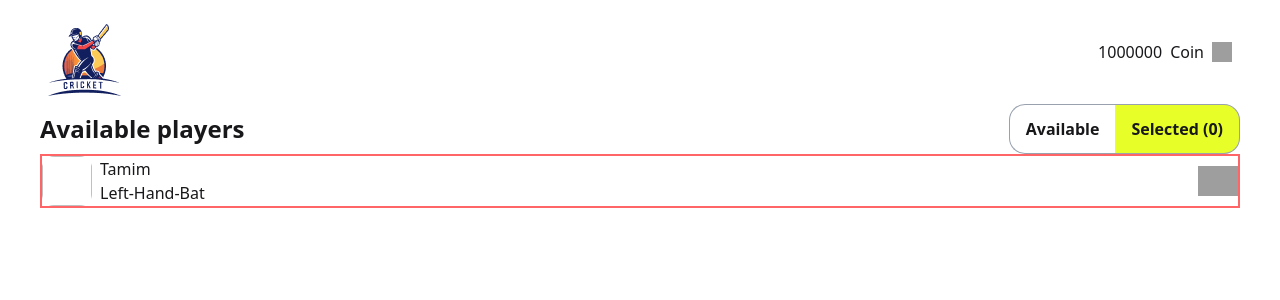
Repository: SanjidaSnigdha/Select-your-eleven
Page: /, after clicking the first element matching `button.rounded-r-2xl`
The author's editor kept a copy of each file at every save. The page is drawn from the files as they stood at one save, then again after the next save.
The browser window is 1280 px wide. The pictures show the whole page.
Pictures or frames that could not be fetched are drawn as grey boxes. The project was rebuilt for these pictures with package versions that can differ from the ones it lists, and the page was loaded fresh each time. Also part of the build but not shown: vite.config.js, src/App.css.

Above is the page before, as saved 2026-03-21 19:03:16.

### index.html
<!doctype html>
<html lang="en" style="color-scheme: light;">
  <head>
    <meta charset="UTF-8" />
    <link rel="icon" type="image/svg+xml" href="/favicon.svg" />
    <meta name="viewport" content="width=device-width, initial-scale=1.0" />
    <title>select-your-eleven</title>
  </head>
  <body>
    <div id="root"></div>
    <script type="module" src="/src/main.jsx"></script>
  </body>
</html>

### src/index.css
 @import "tailwindcss";
 @plugin "daisyui" {
  themes: light --default, dark --prefersdark;
  themes: light --default;
 }

### src/App.jsx

import './App.css'
import AvailablePlayers from './components/AvailablePlayers/AvailablePlayers'
import SelectedPlayers from './components/SelectedPlayers/SelectedPlayers'
import Navbar from './components/Navbar/Navbar'
import { Suspense, useState } from 'react'

const fetchPlayers = async () =>{
  const res = await fetch("/players.json")
  return res.json()
}
const playersPromise = fetchPlayers()


function App() {
  const [toggle,setToggle] = useState(true)
  const [availableBalance,setAvailableBalance] = useState(1000000)
  const [purchasedPlayers,setPurchasedPlayers] = useState([])

  return (
    <>
   <Navbar availableBalance={availableBalance}></Navbar>
   <div className='max-w-[1200px] mx-auto flex justify-between items-center'>
    <h1 className='font-bold text-2xl'>Available players</h1>
    <div className='font-bold'>
      <button onClick={()=>setToggle(true)} className={`py-3 px-4 border-1 border-gray-400 rounded-l-2xl border-r-0 ${toggle===true?"bg-[#E7FE29]":""}`}>Available</button>
      <button onClick={()=>setToggle(false)} className={`py-3 px-4 border-1 border-gray-400 rounded-r-2xl border-l-0 ${toggle===false?"bg-[#E7FE29]":""}`}>Selected <span>(0)</span></button>
    </div>

   </div>

     {
      toggle === true?<Suspense fallback={<span className="loading loading-spinner loading-xl"></span>
}>
    <AvailablePlayers purchasedPlayers={purchasedPlayers} setPurchasedPlayers={setPurchasedPlayers} availableBalance={availableBalance} setAvailableBalance={setAvailableBalance} playersPromise={playersPromise}></AvailablePlayers>
</Suspense>:<SelectedPlayers purchasedPlayers={purchasedPlayers}></SelectedPlayers>

     }





    </>
  )
}

export default App

### src/components/AvailablePlayers/AvailablePlayers.jsx
import React, { use } from 'react';

import PlayerCard from '../PlayerCard/PlayerCard';

const AvailablePlayers = ({playersPromise,setAvailableBalance,availableBalance,purchasedPlayers,setPurchasedPlayers}) => {
    const playerData = use(playersPromise)
    return (
        <div className='max-w-[1200px] mx-auto grid grid-cols-1 md:grid-cols-3 gap-4'>

            {
              playerData.map(player=><PlayerCard setPurchasedPlayers={setPurchasedPlayers} purchasedPlayers={purchasedPlayers} availableBalance={availableBalance} setAvailableBalance={setAvailableBalance} player={player}></PlayerCard>


              )
            }

        </div>
    );
};

export default AvailablePlayers;

### src/components/SelectedPlayers/SelectedPlayers.jsx
import React from 'react';

const SelectedPlayers = ({purchasedPlayers}) => {
    console.log(purchasedPlayers)
    return (
        <div className='max-w-[1200px] mx-auto'>
           <div className='border-2 border-red-400 flex justify-between items-center'>
            <div className='flex items-center'>
                <img src="" className='h-[50px] w-[50px] rounded-xl' alt="" />
                <div className='ml-2'>
                    <h1>Tamim</h1>
                    <p>Left-Hand-Bat</p>
                </div>

            </div>
            <div>
                <img src="https://i.ibb.co.com/HTN200Jz/delete.png" className='w-[40px] h-[30px]' alt="" />
            </div>

           </div>
        </div>
    );
};

export default SelectedPlayers;

### src/components/Navbar/Navbar.jsx
import React from 'react';
import navImg from "../../assets/logo.png"
import dollarImg from "../../assets/dollar-1.png"

const Navbar = ({availableBalance}) => {
    return (

         <div className="navbar max-w-[1200px] mx-auto">
          <div className="flex-1">
            <a className="text-xl">
              <img className="w-60px h-50px mt-4" src={navImg} alt="" />
           </a>
          </div>
          <div className="flex items-center gap-1">
          <span className='mr-1'>{availableBalance}</span>
          <span className='mr-1'>Coin</span>
          <img className="w-5 h-5" src={dollarImg} alt="" />
         </div>
       </div>
    );

};

export default Navbar;

### src/components/PlayerCard/PlayerCard.jsx
import React, { useState } from 'react';
import userImg from "../../assets/man.png"
import flagImg from "../../assets/flag.jpg"

const PlayerCard = ({player,setAvailableBalance,availableBalance,purchasedPlayers,setPurchasedPlayers}) => {
    const [isSelected,setIsSelected] = useState(false)

    const handleSelected = (playerData) =>{
        const playerPrice = parseInt(playerData.price.split("USD").join("").
                split(",").join(""))
                if(availableBalance<playerPrice){
                    alert("Not enough coins!!")
                    return
                }

         setIsSelected(true)
                setAvailableBalance(availableBalance - playerPrice);
                setPurchasedPlayers([...purchasedPlayers,playerData])


    };
    return (
                        <div className="card bg-base-100 shadow-sm p-4">
         <figure className="px-10 pt-10">
           <img
             src={player.player_image}
             alt="Shoes"
             className='w-full h-[280px] object-cover'
              />
         </figure>
         <div className="mt-4">
           <div className='flex'>
               <img className='w-8 h-8' src={userImg} alt="" /><h2 className='card-title ml-2'>{player.player_name}</h2>
           </div>
           <div className='flex justify-between mt-4 border-b-2 border-gray-400 pb-2'>
       <div className='flex items-center'>
           <img className='w-8 h-8' src={flagImg} alt="" />
           <span className='ml-2'>{player.player_country}</span>
           </div>
           <button className='btn'>{player.playing_role}</button>
           </div>
       <div className='flex justify-between font-bold'>
           <span>{player.rating}</span>

       </div>
       <div className='flex justify-between mt-4'>
           <span className='font-bold'>{player.bating_style}</span>
           <span>{player.bowling_style}</span>
       </div>

           <div className="card-actions mt-3 flex justify-between items-center">
               <p className='font-bold'>${player.price}</p>
             <button disabled={isSelected} onClick={()=>{handleSelected(player)

             }} className="btn">{isSelected===true?"Selected":"Choose player"}</button>
           </div>
         </div>
       </div>
    );
};

export default PlayerCard;

### public/players.json
[
  {
    "player_image": "https://i.ibb.co.com/CKt7DdsZ/shakib-al-hasan-smiling-8olow941lckcha6b.jpg",
    "player_name": "Shakib Al Hasan",
    "player_country": "Bangladesh",
    "playing_role": "All-Rounder",
    "rating": 9.5,
    "bating_style": "Left-hand bat",
    "bowling_style": "Slow left-arm orthodox",
    "price": "75,000 USD"
  },
  {
    "player_image": "https://i.ibb.co.com/WWKnGkNs/Faf-du-Plessis.jpg",
    "player_name": "Faf du Plessis",
    "player_country": "South Africa",
    "playing_role": "Batsman",
    "rating": 9.0,
    "bating_style": "Right-hand bat",
    "bowling_style": "Right-arm medium",
    "price": "70,000 USD"
  },
  {
    "player_image": "https://i.ibb.co.com/XZxnnz3F/Rashid-Khan.jpg",
    "player_name": "Rashid Khan",
    "player_country": "Afghanistan",
    "playing_role": "Bowler",
    "rating": 9.8,
    "bating_style": "Right-hand bat",
    "bowling_style": "Right-arm leg spin",
    "price": "85,000 USD"
  },
  {
    "player_image": "https://i.ibb.co.com/4w5xgSNn/liton-das.jpg",
    "player_name": "Liton Das",
    "player_country": "Bangladesh",
    "playing_role": "Wicketkeeper-Batsman",
    "rating": 8.7,
    "bating_style": "Right-hand bat",
    "bowling_style": "None",
    "price": "60,000 USD"
  },
  {
    "player_image": "https://i.ibb.co.com/391gsfv8/Andre-Russell.jpg",
    "player_name": "Andre Russell",
    "player_country": "West Indies",
    "playing_role": "All-Rounder",
    "rating": 9.6,
    "bating_style": "Right-hand bat",
    "bowling_style": "Right-arm fast",
    "price": "90,000 USD"
  },
  {
    "player_image": "https://i.ibb.co.com/67D8FvCn/Mustafizur-Rahman.webp",
    "player_name": "Mustafizur Rahman",
    "player_country": "Bangladesh",
    "playing_role": "Bowler",
    "rating": 8.9,
    "bating_style": "Left-hand bat",
    "bowling_style": "Left-arm fast-medium",
    "price": "65,000 USD"
  },
  {
    "player_image": "https://i.ibb.co.com/h1wRWkVC/David-Warner.jpg",
    "player_name": "David Warner",
    "player_country": "Australia",
    "playing_role": "Batsman",
    "rating": 9.4,
    "bating_style": "Left-hand bat",
    "bowling_style": "Right-arm leg spin",
    "price": "95,000 USD"
  },
  {
    "player_image": "https://i.ibb.co.com/0VsmTGGY/Sunil-Narine.jpg",
    "player_name": "Sunil Narine",
    "player_country": "West Indies",
    "playing_role": "All-Rounder",
    "rating": 9.2,
    "bating_style": "Left-hand bat",
    "bowling_style": "Right-arm off spin",
    "price": "80,000 USD"
  },
  {
    "player_image": "https://i.ibb.co.com/HpkRbDz3/Babar.png",
    "player_name": "Babar Azam",
    "player_country": "Pakistan",
    "playing_role": "Batsman",
    "rating": 9.3,
    "bating_style": "Right-hand bat",
    "bowling_style": "None",
    "price": "92,000 USD"
  },
  {
    "player_image": "https://i.ibb.co.com/dsk08w2x/Lasith-Malinga1.jpg",
    "player_name": "Lasith Malinga",
    "player_country": "Sri Lanka",
    "playing_role": "Bowler",
    "rating": 9.1,
    "bating_style": "Right-hand bat",
    "bowling_style": "Right-arm fast",
    "price": "78,000 USD"
  },
  {
    "player_image": "https://i.ibb.co.com/s9vHr4tS/Ben-Stokes.png",
    "player_name": "Ben Stokes",
    "player_country": "England",
    "playing_role": "All-Rounder",
    "rating": 9.7,
    "bating_style": "Left-hand bat",
    "bowling_style": "Right-arm fast-medium",
    "price": "100,000 USD"
  },
  {
    "player_image": "https://i.ibb.co.com/gFhPmT1c/Quinton-de-Kock1.jpg",
    "player_name": "Quinton de Kock",
    "player_country": "South Africa",
    "playing_role": "Wicketkeeper-Batsman",
    "rating": 9.0,
    "bating_style": "Left-hand bat",
    "bowling_style": "None",
    "price": "88,000 USD"
  }
]

Loaded but not shown: src/main.jsx (common file)

After the next save:
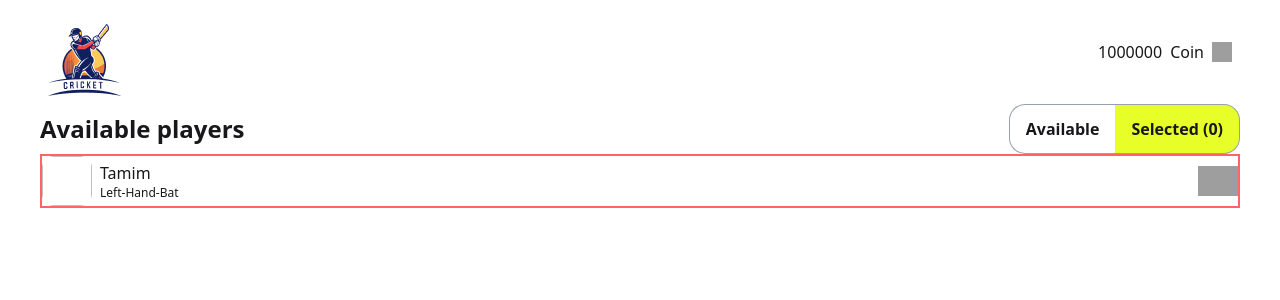
Saved 33 s later.
--- a/src/components/SelectedPlayers/SelectedPlayers.jsx
+++ b/src/components/SelectedPlayers/SelectedPlayers.jsx
@@ -9,7 +9,7 @@ const SelectedPlayers = ({purchasedPlayers}) => {
                 <img src="" className='h-[50px] w-[50px] rounded-xl' alt="" />
                 <div className='ml-2'>
                     <h1>Tamim</h1>
-                    <p>Left-Hand-Bat</p>
+                    <p className='text-xs'>Left-Hand-Bat</p>
                 </div>
 
             </div>
